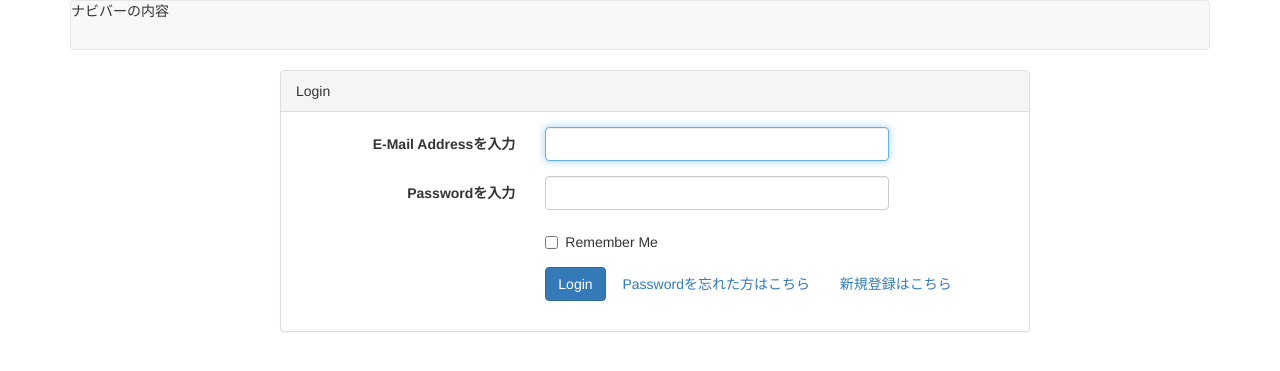
Repository: inukaihiroyuki/REOS
Page: http://localhost/login
The author's editor kept a record of every edit. The page is drawn from the files as they stood at one moment, then again after the next edit.
The browser window is 1280 px wide. The pictures show the whole page.
The page is served by the project's Laravel application, run on PHP 8.4 with Laravel 8. Other server files are loaded and not shown.

Above is the page before.

### cms/app/Providers/AppServiceProvider.php
<?php

namespace App\Providers;

use Illuminate\Support\ServiceProvider;
use Illuminate\Support\Facades\Schema;  //この行を追加
class AppServiceProvider extends ServiceProvider
{
    /**
     * Bootstrap any application services.
     *
     * @return void
     */
    public function boot()
    {
        //
         Schema::defaultStringLength(191);   //この行を追加
    }

    /**
     * Register any application services.
     *
     * @return void
     */
    public function register()
    {
        //
    }
}

### cms/routes/web.php
<?php
use App\Book;
use App\Buyer_hope;
use Illuminate\Http\Request;


Route::get('/logout',[
'uses' => 'BooksController@getLogout',
'as' => 'user.logout'
]);

/**
* 本のダッシュボード表示(books.blade.php)
*/
//本ダッシュボード表示

Route::get('/','BooksController@index');

Auth::routes();

Route::get('/home', 'BooksController@index')->name('home');

Route::get('/property','PropertyController@index');

Route::get('/supplier','SupplierController@index');


// 管理者以上にのみ許容
Route::group(['middleware' => ['auth', 'can:admin-higher']], function () {


    Route::get('/buyer_list','BooksController@buyer_list');


    Route::get('/buyer_register','BooksController@buyer_register');

    // バイヤー登録
    Route::post('/books','BooksController@store');

    //バイヤー更新画面
    Route::post('/buyer_edit/{books}','BooksController@edit');

    // バイヤー更新
    Route::post('/books/update','BooksController@update');

    //バイヤー削除
    Route::delete('/book/{book}','BooksController@destroy');



});

// バイヤーのみ許可
Route::group(['middleware' => ['auth', 'can:buyer']], function () {

    // Route::post('/booksedit/{books}',[
    // 'uses' => 'BooksController@edit',
    // 'as' => 'buyer.edit'
    // ]);

    // バイヤー希望物件登録
    Route::post('/hoperegister','Buyer_hopeController@hoperegister');

    Route::get('/hope','Buyer_hopeController@hope');

    Route::get('/','Buyer_hopeController@hope_list');

    // バイヤー希望物件更新画面　｛｝内はモデル名で通用する
    Route::get('/hopesedit/{buyer_hopes}','Buyer_hopeController@buyer_hope_edit');

    // バイヤー希望物件更新
    Route::post('/hope/update','Buyer_hopeController@update');

    Route::get('/buyer_register_edit','BooksController@buyer_edit');

    //バイヤー用のバイヤー更新画面
    Route::post('/buyer_register_edit/{buyers}','BooksController@edit_buyer');

    // バイヤー更新
    Route::post('/books/update','BooksController@update');

    // バイヤー登録
    Route::post('/buyer_regist','BooksController@buyer_regist');

    // バイヤー登録画面表示
    Route::get('/buyer_register2','BooksController@buyer_regiview');


});


// サプライヤー&管理者のみ許可
Route::group(['middleware' => ['auth', 'can:supplier']], function () {

    Route::get('/hope_list','Buyer_hopeController@hope_list_all');

    // 物件登録画面
    Route::get('/property_register','PropertyController@property_regiview');

    // 物件登録手続き
    Route::post('/property_register','PropertyController@property_register');

    // サプライヤー登録画面
    Route::get('/supplier_register','PropertyController@supplier_regiview');

    // サプライヤー登録手続き
    Route::post('/property_register','PropertyController@property_register');


});

### cms/resources/views/auth/login.blade.php
@extends('layouts.app')

@section('content')
<div class="container">
    <div class="row">
        <div class="col-md-8 col-md-offset-2">
            <div class="panel panel-default">
                <div class="panel-heading">Login</div>

                <div class="panel-body">
                    <form class="form-horizontal" method="POST" action="{{ route('login') }}">
                        {{ csrf_field() }}

                        <div class="form-group{{ $errors->has('email') ? ' has-error' : '' }}">
                            <label for="email" class="col-md-4 control-label">E-Mail Addressを入力</label>

                            <div class="col-md-6">
                                <input id="email" type="email" class="form-control" name="email" value="{{ old('email') }}" required autofocus>

                                @if ($errors->has('email'))
                                    <span class="help-block">
                                        <strong>{{ $errors->first('email') }}</strong>
                                    </span>
                                @endif
                            </div>
                        </div>

                        <div class="form-group{{ $errors->has('password') ? ' has-error' : '' }}">
                            <label for="password" class="col-md-4 control-label">Passwordを入力</label>

                            <div class="col-md-6">
                                <input id="password" type="password" class="form-control" name="password" required>

                                @if ($errors->has('password'))
                                    <span class="help-block">
                                        <strong>{{ $errors->first('password') }}</strong>
                                    </span>
                                @endif
                            </div>
                        </div>

                        <div class="form-group">
                            <div class="col-md-6 col-md-offset-4">
                                <div class="checkbox">
                                    <label>
                                        <input type="checkbox" name="remember" {{ old('remember') ? 'checked' : '' }}> Remember Me
                                    </label>
                                </div>
                            </div>
                        </div>

                        <div class="form-group">
                            <div class="col-md-8 col-md-offset-4">
                                <button type="submit" class="btn btn-primary">
                                    Login
                                </button>

                                <a class="btn btn-link" href="{{ route('password.request') }}">
                                    Passwordを忘れた方はこちら
                                </a>
                                <a class="btn btn-link" href="{{ route('register') }}">
                                    新規登録はこちら
                                </a>
                            </div>
                        </div>
                    </form>
                </div>
            </div>
        </div>
    </div>
</div>
@endsection

### cms/resources/views/layouts/app.blade.php
 <!--resources/views/layouts/app.blade.php -->
<!DOCTYPE html>
<html lang="ja">
<head>
<title>Book List</title>
 <!--CSS と JavaScript -->
<link rel="stylesheet" href="https://stackpath.bootstrapcdn.com/bootstrap/3.3.4/css/bootstrap.min.css" integrity="sha384-ggOyR0iXCbMQv3Xipma34MD+dH/1fQ784/j6cY/iJTQUOhcWr7x9JvoRxT2MZw1T" crossorigin="anonymous">
</head>
<body>

    <div class="container">
        <nav class="navbar navbar-default">
         ナビバーの内容
        </nav>
    </div>
    <div class="container">
        @yield('content')
    </div>
</body>
</html>

Loaded but not shown: cms/app/Http/Controllers/Auth/LoginController.php (common file); cms/app/Http/Controllers/Controller.php (common file)

After the next edit:
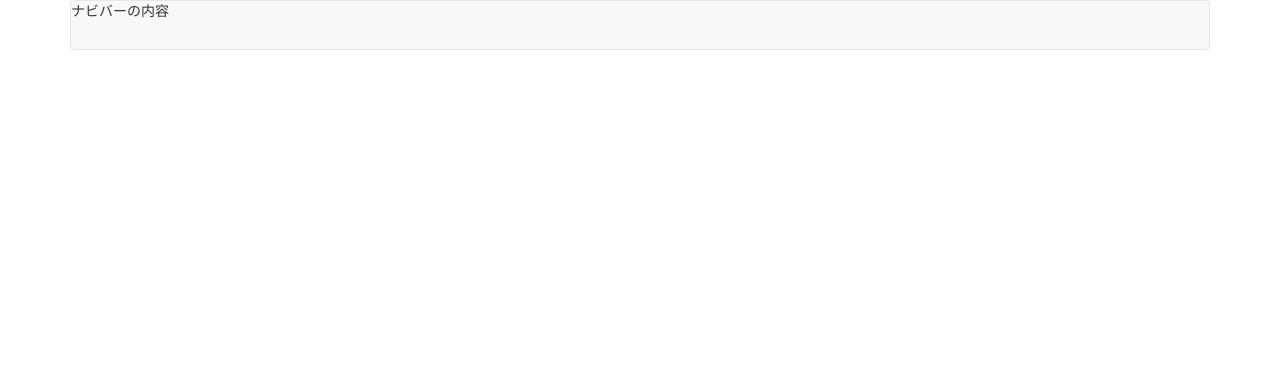
The edit:
--- a/cms/resources/views/layouts/app.blade.php
+++ b/cms/resources/views/layouts/app.blade.php
@@ -14,7 +14,7 @@
         </nav>
     </div>
     <div class="container">
-        @yield('content')
+        @yield('login')
     </div>
 </body>
 </html>
